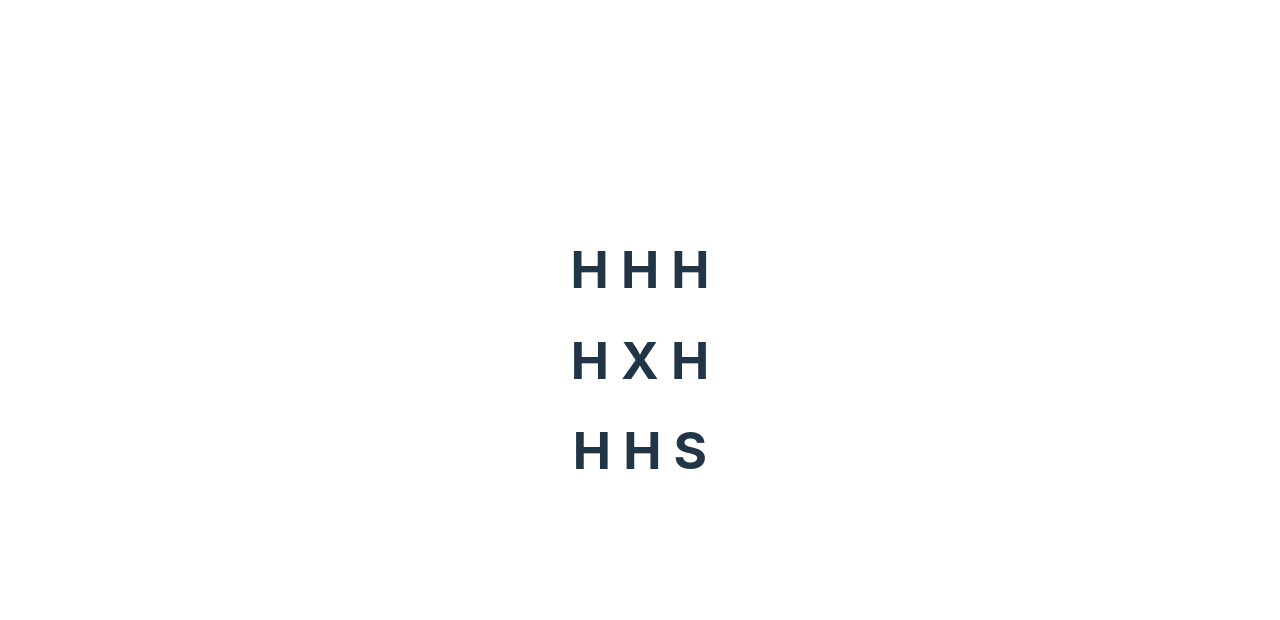
Repository: SmooothCriminal001/ReactLearning
Page: / (app in slot-machine-exercise/)
These files come from the project's save history. The page is drawn as it stood at one moment and after the next save; the edit follows.
The browser window is 1280 px wide. The pictures show the whole page.
The project was rebuilt for these pictures with package versions that can differ from the ones it lists, and the page was loaded fresh each time. Also part of the build but not shown: slot-machine-exercise/vite.config.js.

Above is the page before, as saved 2024-07-25 14:08:36.

### slot-machine-exercise/src/App.jsx
import './App.css'
import Slots from './Slots'

export default function App() {
  return (
    <div className="App">
      <Slots firstPull="H" secondPull="H" thirdPull="H"/>
      <Slots firstPull="H" secondPull="X" thirdPull="H"/>
      <Slots firstPull="H" secondPull="H" thirdPull="S"/>
    </div>
  );
}

### slot-machine-exercise/src/Slots.jsx
import "./Slots.css"

export default function Slots({ firstPull, secondPull, thirdPull}){
    const hasWon = (firstPull === secondPull)
    return <>
        <h1>{firstPull} {secondPull} {thirdPull}</h1>
        <h2>{hasWon}</h2>
    </>
}

Loaded but not shown: slot-machine-exercise/index.html (common file); slot-machine-exercise/src/main.jsx (common file); slot-machine-exercise/src/index.css (common file); slot-machine-exercise/src/App.css (common file); slot-machine-exercise/src/Slots.css (no stored copy; drawn as an empty file)

After the next save:
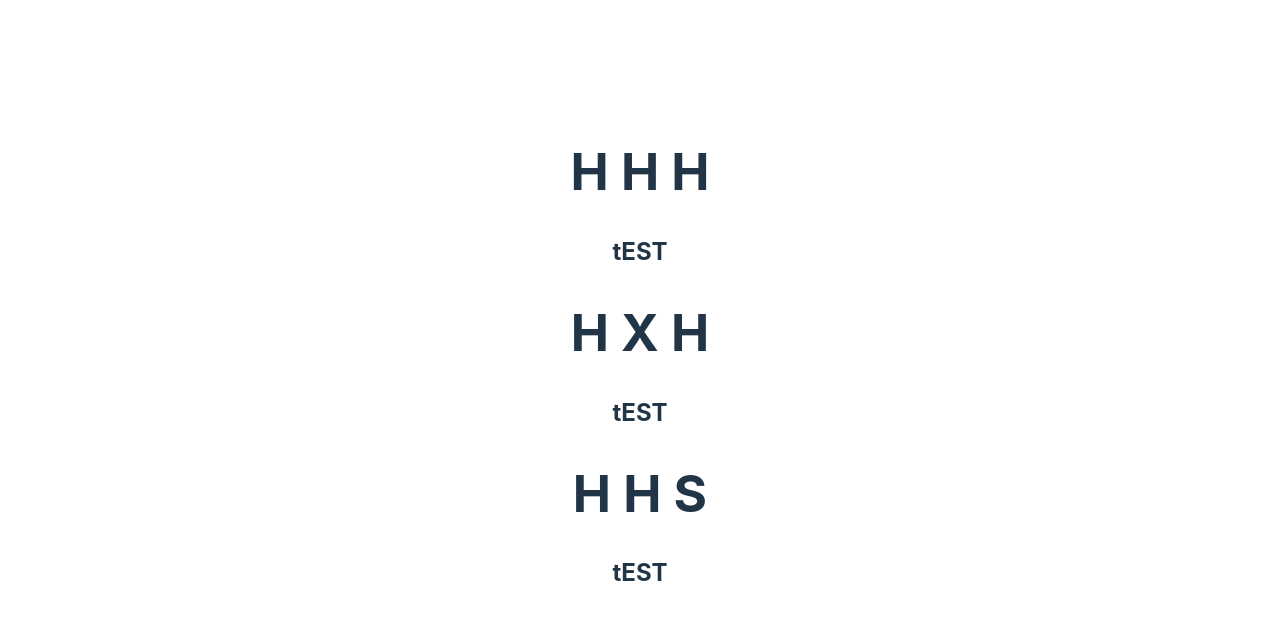
Saved 24 s later.
--- a/slot-machine-exercise/src/Slots.jsx
+++ b/slot-machine-exercise/src/Slots.jsx
@@ -4,6 +4,6 @@
     const hasWon = (firstPull === secondPull)
     return <>
         <h1>{firstPull} {secondPull} {thirdPull}</h1>
-        <h2>{hasWon}</h2>
+        <h2>tEST</h2>
     </>
 }
